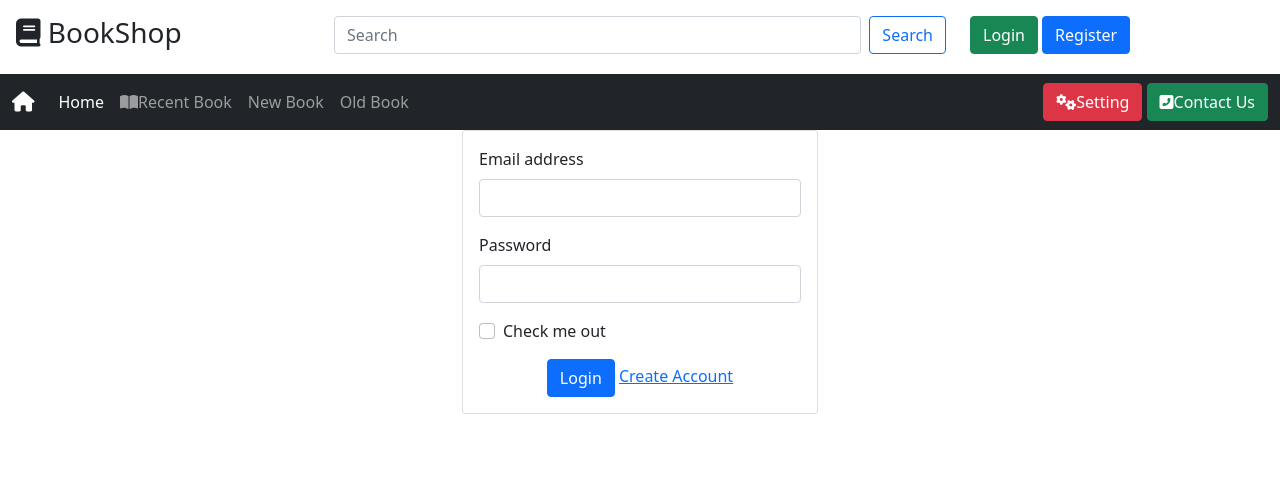
Repository: Abhishekverma23797/BookShopApp
Page: http://localhost/Ebook-App/Login.jsp
An editor plug-in stored every save of this project. The page is shown before and after the next save, followed by the edit.
The browser window is 1280 px wide. The pictures show the whole page.
The page is served by Tomcat 9. Other server files are loaded and not shown.

Above is the page before, as saved 2021-12-07 12:16:52.

### Ebook-App/src/main/webapp/Login.jsp
<%@ page language="java" contentType="text/html; charset=ISO-8859-1"
	pageEncoding="ISO-8859-1"%>
<!DOCTYPE html>
<html>
<head>
<meta charset="ISO-8859-1">
<title>BookShop: Login</title>
<%@include file="All_Component/AllCss.jsp"%>
</head>
<body>
	<%@include file="All_Component/navbar.jsp"%>

	<div class="container">
		<div class="row">
			<div class="col-md-4 offset-md-4">

				<div class="card">

					<div class="card-body">
						<form>
							<div class="mb-3">
								<label for="exampleInputEmail1" class="form-label">Email
									address</label> <input type="email" class="form-control"
									id="exampleInputEmail1" aria-describedby="emailHelp">

							</div>
							<div class="mb-3">
								<label for="exampleInputPassword1" class="form-label">Password</label>
								<input type="password" class="form-control"
									id="exampleInputPassword1">
							</div>
							<div class="mb-3 form-check">
								<input type="checkbox" class="form-check-input"
									id="exampleCheck1"> <label class="form-check-label"
									for="exampleCheck1">Check me out</label>
							</div>
							 <div class="text-center">
							<button type="submit" class="btn btn-primary">Login</button>
							<a href="Register.jsp">Create Account</a>
							</div>
						</form>

					</div>

				</div>
			</div>
		</div>
	</div>
</body>
</html>

### Ebook-App/src/main/webapp/All_Component/AllCss.jsp
<!-- CSS only -->
<link
	href="https://cdn.jsdelivr.net/npm/bootstrap@5.1.3/dist/css/bootstrap.min.css"
	rel="stylesheet"
	integrity="sha384-1BmE4kWBq78iYhFldvKuhfTAU6auU8tT94WrHftjDbrCEXSU1oBoqyl2QvZ6jIW3"
	crossorigin="anonymous">


<!-- JavaScript Bundle with Popper -->
<script
	src="https://cdn.jsdelivr.net/npm/bootstrap@5.1.3/dist/js/bootstrap.bundle.min.js"
	integrity="sha384-ka7Sk0Gln4gmtz2MlQnikT1wXgYsOg+OMhuP+IlRH9sENBO0LRn5q+8nbTov4+1p"
	crossorigin="anonymous"></script>


<link rel="stylesheet"
	href="https://cdnjs.cloudflare.com/ajax/libs/font-awesome/6.0.0-beta3/css/all.min.css"
	integrity="sha512-Fo3rlrZj/k7ujTnHg4CGR2D7kSs0v4LLanw2qksYuRlEzO+tcaEPQogQ0KaoGN26/zrn20ImR1DfuLWnOo7aBA=="
	crossorigin="anonymous" referrerpolicy="no-referrer" />

<link rel="stylesheet" href="All_Component/style.css">

### Ebook-App/src/main/webapp/All_Component/navbar.jsp

<div class="container-fluid p-3">


	<div class="row">

		<div class="col-md-3">

			<h3>

				<i class="fas fa-book"></i> BookShop
			</h3>
		</div>

		<div class="col-md-6">
			<form class="d-flex">
				<input class="form-control me-2 my-lg-0" type="search"
					placeholder="Search" aria-label="Search">
				<button class="btn btn-outline-primary" type="submit">Search</button>
			</form>
		</div>

		<div class="col-md-3">

			<a href="Login.jsp" class="btn btn-success">Login</a> <a
				href="Register.jsp" class="btn btn-primary">Register</a>

		</div>

	</div>

</div>
<nav class="navbar navbar-expand-lg navbar-dark bg-dark bg-custom">
	<div class="container-fluid">
		<a class="navbar-brand" href="#"><i class="fas fa-home"></i></a>
		<button class="navbar-toggler" type="button" data-bs-toggle="collapse"
			data-bs-target="#navbarSupportedContent"
			aria-controls="navbarSupportedContent" aria-expanded="false"
			aria-label="Toggle navigation">
			<span class="navbar-toggler-icon"></span>
		</button>
		<div class="collapse navbar-collapse" id="navbarSupportedContent">
			<ul class="navbar-nav me-auto mb-2 mb-lg-0">
				<li class="nav-item"><a class="nav-link active"
					aria-current="page" href="#"> Home</a></li>

				<li class="nav-item"><a class="nav-link" href="#"><i
						class="fas fa-book-open"></i>Recent Book</a></li>

				<li class="nav-item"><a class="nav-link" href="#">New Book</a></li>

				<li class="nav-item"><a class="nav-link" href="#">Old Book</a>
				</li>
			</ul>
			<form class="from-inline my-2 my-lg-0">
				<button class="btn btn-danger my-2 my-sm-0 ml-1" type="submit">
					<i class="fas fa-cogs"></i>Setting
				</button>
				<button class="btn btn-success" type="submit">
					<i class="fas fa-phone-square-alt"></i>Contact Us
				</button>
			</form>
		</div>
	</div>
</nav>

### Ebook-App/src/main/webapp/All_Component/style.css

.bg-custom{

	background-color: #303f9f;
}

.navbar .nav-item:hover  {

	background-color: black;
	color: blue;
	border-radius: 20px

}

After the next save:
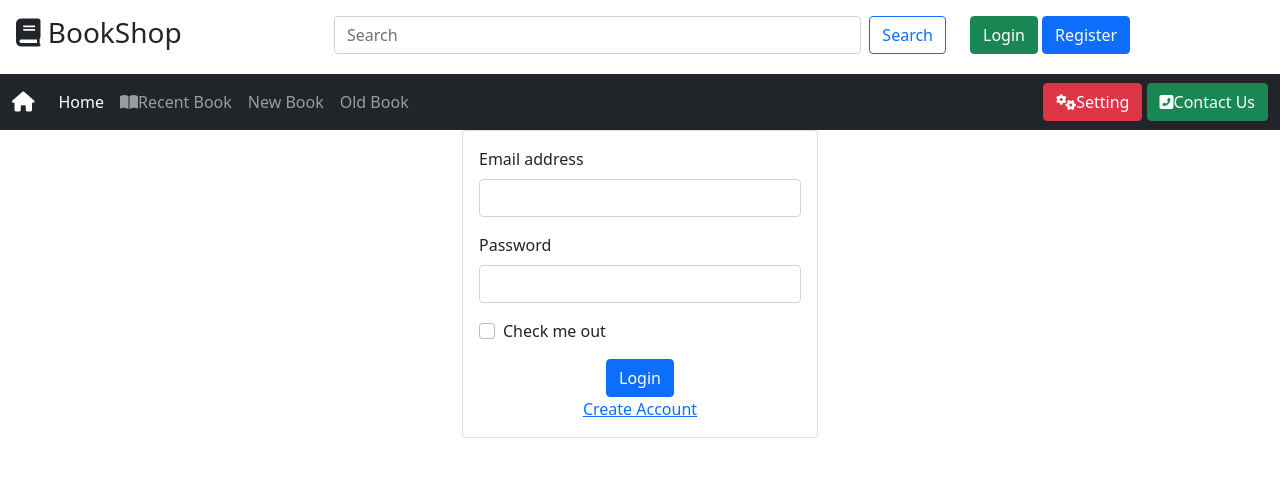
Saved 43 s later.
--- a/Ebook-App/src/main/webapp/Login.jsp
+++ b/Ebook-App/src/main/webapp/Login.jsp
@@ -35,7 +35,7 @@
 									for="exampleCheck1">Check me out</label>
 							</div>
 							 <div class="text-center">
-							<button type="submit" class="btn btn-primary">Login</button>
+							<button type="submit" class="btn btn-primary">Login</button> <br>
 							<a href="Register.jsp">Create Account</a>
 							</div>
 						</form>
